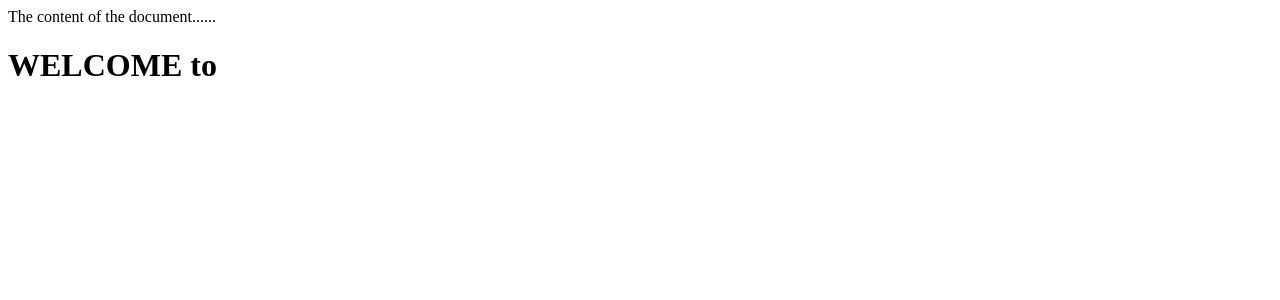
Repository: Green-Technologies-Angular/HTML
Page: index.html
An editor plug-in stored every save of this project. The page is shown before and after the next save, followed by the edit.
The browser window is 1280 px wide. The pictures show the whole page.

Above is the page before, as saved 2019-01-29 09:39:12.

After the next save:
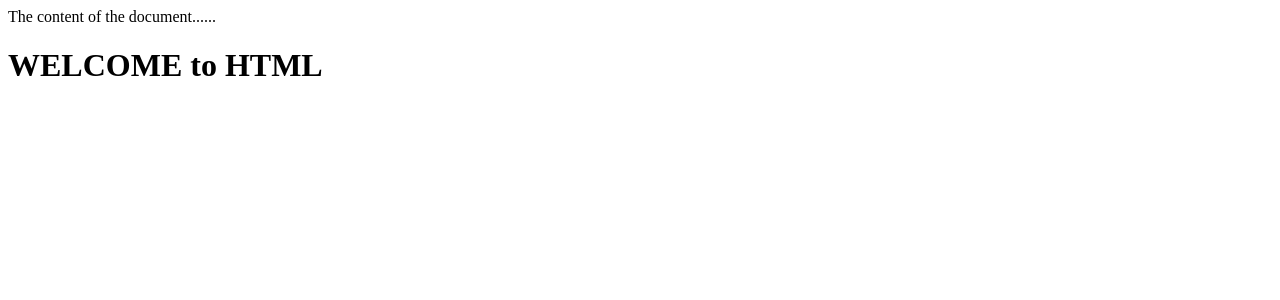
Saved 76 s later.
--- a/index.html
+++ b/index.html
@@ -6,7 +6,7 @@
 
 <body>
 The content of the document......
-<h1>WELCOME to</h1>
+<h1>WELCOME to HTML</h1>
 </body>
 
 </html>
